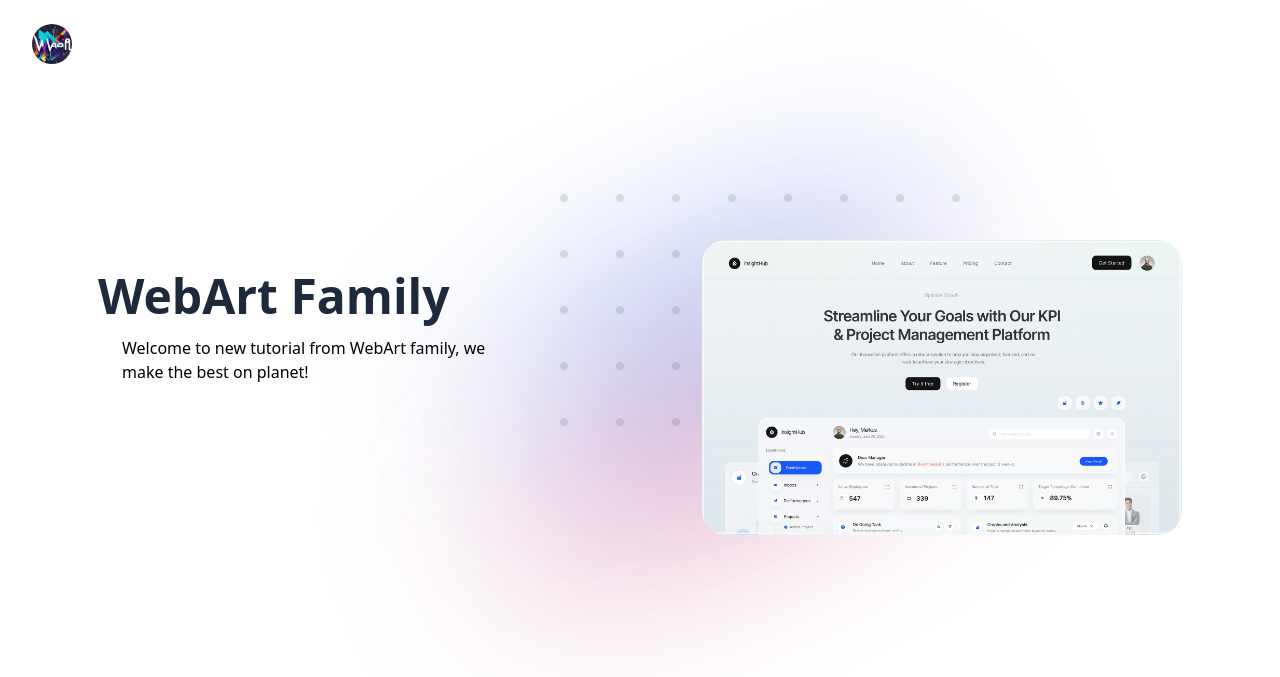
Repository: 30namp/youtube-web-art-code
Page: stunning landing page 1/index.html
An editor plug-in stored every save of this project. The page is shown before and after the next save, followed by the edit.
The browser window is 1280 px wide. The pictures show the whole page.

Above is the page before, as saved 2024-09-26 21:06:42.

After the next save:
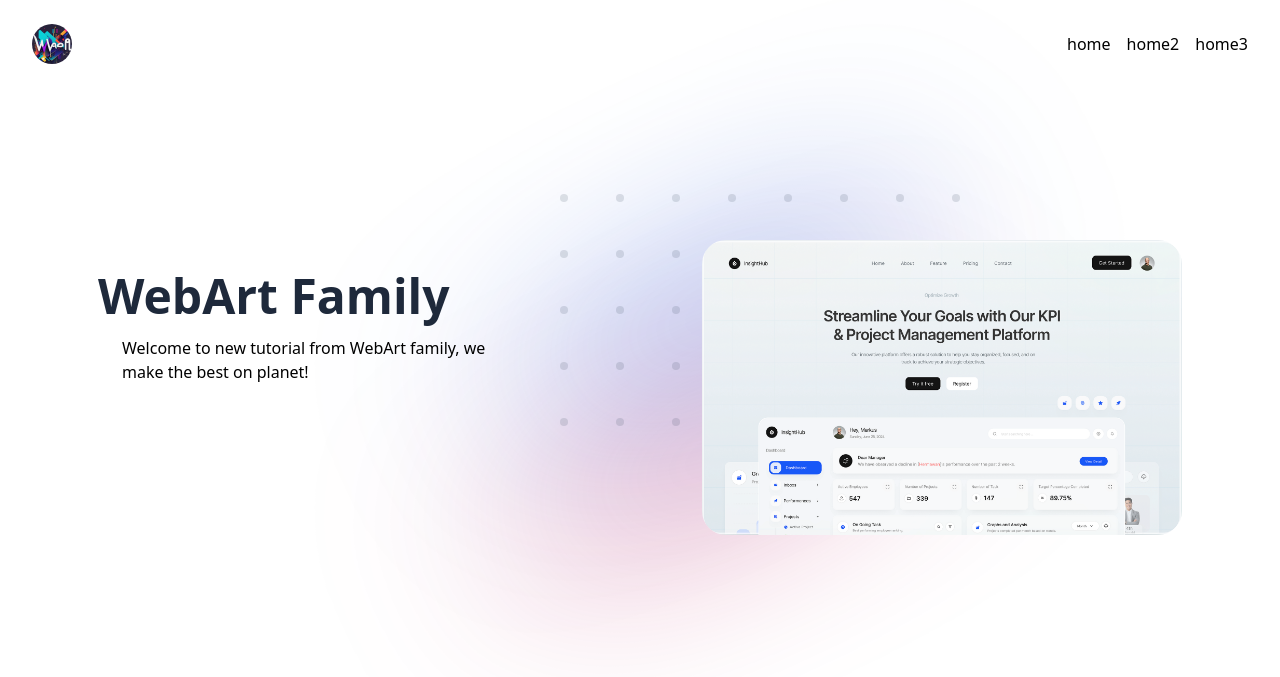
Saved 72 s later.
--- a/stunning landing page 1/index.html
+++ b/stunning landing page 1/index.html
@@ -65,6 +65,12 @@
       <a href="/">
         <img class="size-10 rounded-full" src="./assets/img/logo.jpg" alt="" />
       </a>
+
+      <div class="options flex items-center gap-4">
+        <a href="#">home</a>
+        <a href="#">home2</a>
+        <a href="#">home3</a>
+      </div>
     </nav>
 
     <!-- hero section -->
